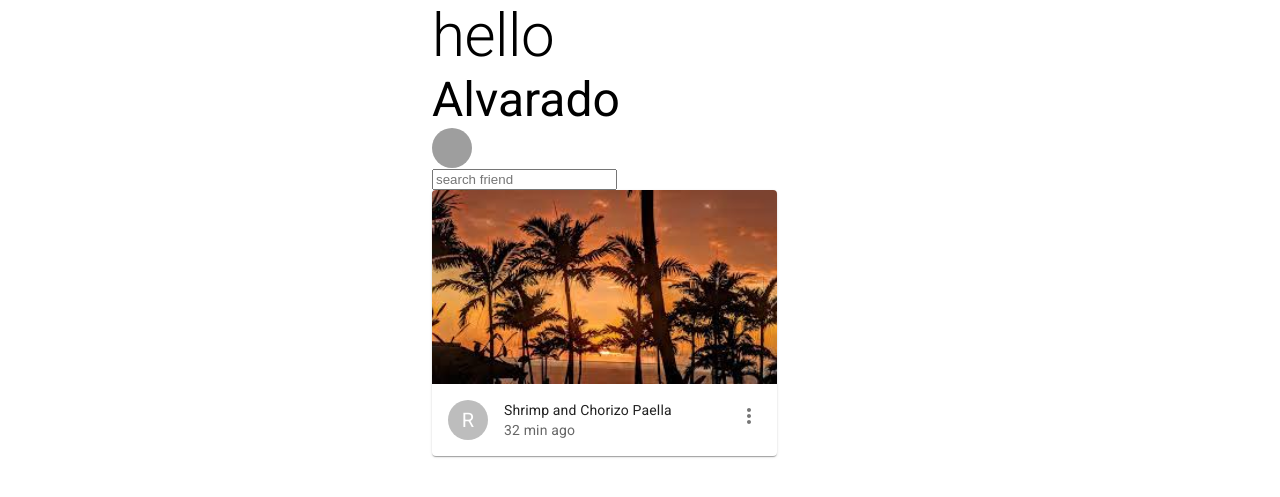
Repository: GokulDev4U/Immence_task
Page: /
These files come from the project's save history. The page is drawn as it stood at one moment and after the next save; the edit follows.
The browser window is 1280 px wide. The pictures show the whole page.
Pictures or frames that could not be fetched are drawn as grey boxes. The project was rebuilt for these pictures with package versions that can differ from the ones it lists, and the page was loaded fresh each time. Also part of the build but not shown: src/App.css.

Above is the page before, as saved 2022-05-07 15:03:40.

After the next save:
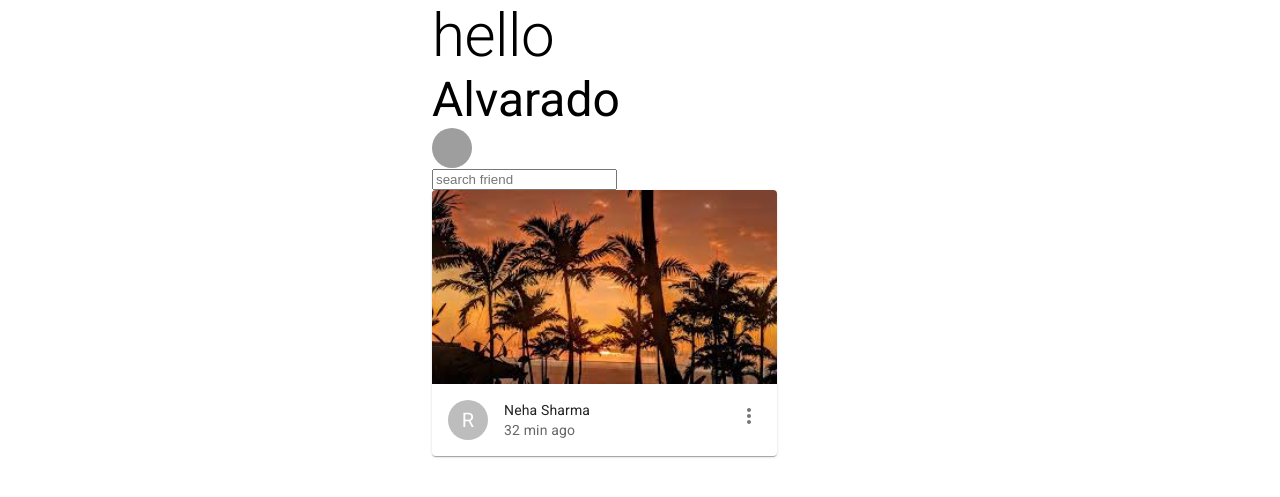
Saved 35 s later.
--- a/src/components/SinglePost/SinglePost.jsx
+++ b/src/components/SinglePost/SinglePost.jsx
@@ -27,7 +27,7 @@ const SinglePost = () => {
                         <MoreVertIcon />
                     </IconButton>
                 }
-                title="Shrimp and Chorizo Paella"
+                title="Neha Sharma"
                 subheader="32 min ago"
             />
         </Card>
